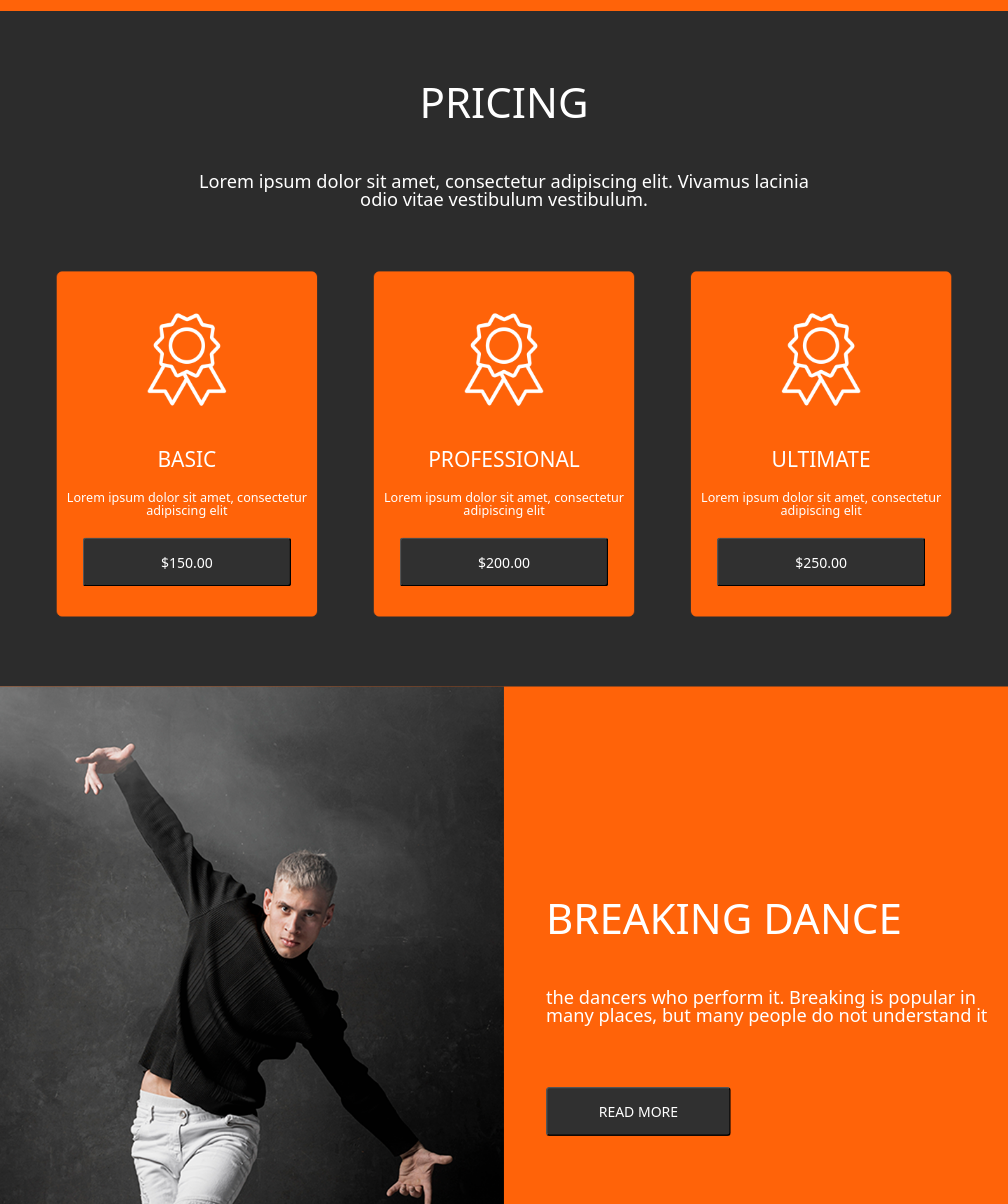
Repository: KinD2704/Web-University
Page: Bai30/index.html
These files come from the project's save history. The page is drawn as it stood at one moment and after the next save; the edit follows.
The browser window is 1280 px wide. The page is 1440 px wide, so the pictures cover 1440 px, including what lies to the right of the window. The pictures show the part of the page from y = 1754 to 3474 px (the page is 7283 px tall before and 7257 px after), at 70% of full size.

Above is the page before, as saved 2023-12-23 23:26:54.

After the next save:
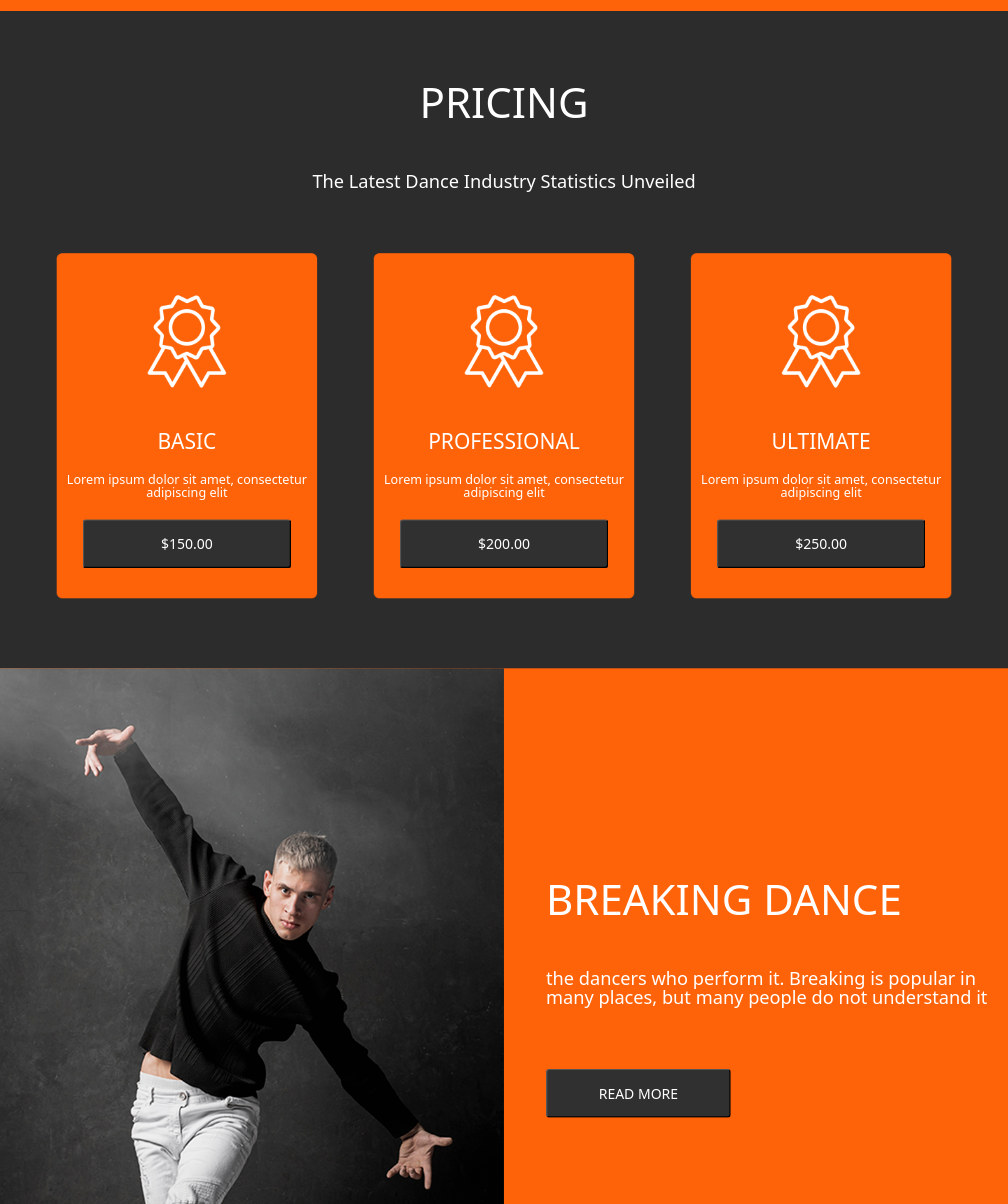
Saved 3 min 8 s later.
--- a/Bai30/index.html
+++ b/Bai30/index.html
@@ -87,8 +87,7 @@
             </div>
             <div class="banner2__text banner2__text2">
                 <p class="text-white">
-                    Lorem ipsum dolor sit amet, consectetur adipiscing elit.
-                    Vivamus lacinia odio vitae vestibulum vestibulum.
+                    The Latest Dance Industry Statistics Unveiled
                 </p>
             </div>
             <div class="banner2__item d-flex justify-space-evenly">
